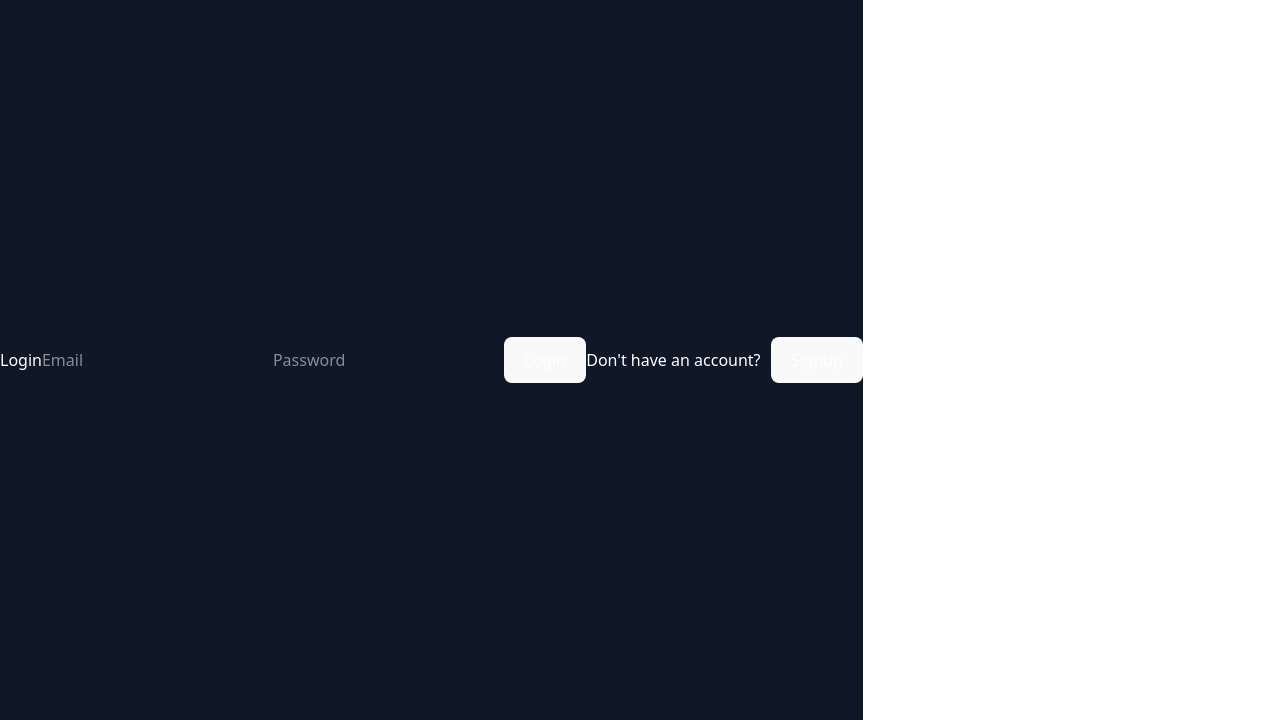
Repository: Reno-mathews/Study-Planner-MERN
Page: / (app in client/)
The author's editor kept a copy of each file at every save. The page is drawn from the files as they stood at one save, then again after the next save.
The browser window is 1280 px wide. The pictures show the whole page.
The project was rebuilt for these pictures with package versions that can differ from the ones it lists, and the page was loaded fresh each time. Also part of the build but not shown: client/vite.config.js.

Above is the page before, as saved 2026-01-16 09:48:04.

### client/src/App.jsx
import { useEffect, useState } from "react";

function App() {
  const [tasks, setTasks] = useState([]);
  const [newTask, setNewTask] = useState("");
  const [subject, setSubject] = useState("");
  const [filterSubject, setFilterSubject] = useState("All");

  const getToken = () => localStorage.getItem("token");
  const setToken = (token) => localStorage.setItem("token", token);
  const removeToken = () => localStorage.removeItem("token");

  const [email, setEmail] = useState("");
  const [password, setPassword] = useState("");
  const [isLoggedIn, setIsLoggedIn] = useState(!!localStorage.getItem("token"));

  const[isSignup, setIsSignup] = useState(false);

  useEffect(() => {
    if(isLoggedIn) {
    fetchTasks();
    }
  }, [isLoggedIn]);

  const fetchTasks = async () => {
    const token = localStorage.getItem("token");
    const res = await fetch("http://localhost:5000/api/tasks", {
      headers: {
        Authorization: `Bearer ${token}`,
      },
    });
    const data = await res.json();
    setTasks(data);
  };

  const addTask = async (e) => {
    e.preventDefault();

    if(!newTask || !subject) return;

    const token = localStorage.getItem("token");

    const res = await fetch("http://localhost:5000/api/tasks", {
      method: "POST",
      headers: {
        "Content-Type": "application/json",
        Authorization: `Bearer ${token}`,
      },
      body: JSON.stringify({ title: newTask, subject}),
    });

    const data = await res.json();
    setTasks([...tasks, data]);
    setNewTask("");
    setSubject("");
  };

    const toggleComplete = async (id) => {
      const token = localStorage.getItem("token");

      const res = await fetch(`http://localhost:5000/api/tasks/${id}`, {
        method:"PATCH",
        headers: {
          Authorization: `Bearer ${token}`,
        },
      });

      const updatedTask = await res.json();

      setTasks(
        tasks.map((task) =>
        task._id === id ? updatedTask : task
      )
      );
    };

    const deleteTask = async (id) => {
      const token = localStorage.getItem("token");
      await fetch(`http://localhost:5000/api/tasks/${id}`, {
        method: "DELETE",
        headers: {
          Authorization: `Bearer ${token}`,
        },
      });

      setTasks(tasks.filter((task) => task._id !== id));
    };

    const subjects = ["All", ...new Set(tasks.map((task) => task.subject))];

    const filteredTasks = tasks.filter((task) =>
    filterSubject === "All" ? true: task.subject === filterSubject
  );

      const login = async (e) => {
      e.preventDefault();
      const res = await fetch("http://localhost:5000/api/auth/login", {
        method: "POST",
        headers: {
          "Content-Type": "application/json",
        },
        body: JSON.stringify({ email, password }),
      });

      const data = await res.json();

      if(data.token) {
        localStorage.setItem("token", data.token);
        setIsLoggedIn(true);
        fetchTasks();
      } else {
        alert("Login failed");
      }
    };

    const signup = async (e) => {
      e.preventDefault();

      const res = await fetch("http://localhost:5000/api/auth/register", {
        method: "POST",
        headers: {
          "Content-Type" : "application/json",
        },
        body: JSON.stringify({ email, password }),
      });

      const data = await res.json();

      if (res.ok) {
        alert("Signup successful! You can now log in.");
        setIsSignup(false);
      } else {
        alert(data.message || "Signup failed");
      }
    };

  const completedCount = filteredTasks.filter((task) => task.completed).length;
  const totalCount = filteredTasks.length;

  const progress = totalCount === 0 ? 0 : Math.round((completedCount / totalCount) * 100);

    if (!isLoggedIn) {
      return (
        <div className="min-h-screen flex items-center justify-center bg-gray-900 text-white">
          <h2>{isSignup ? "Signup" : "Login" }</h2>

          <form onSubmit={isSignup ? signup : login}>
            <input
              type="email"
              placeholder="Email"
              value={email}
              onChange={(e) => setEmail(e.target.value)}
            />

            <input
              type="password"
              placeholder="Password"
              value={password}
              onChange={(e) => setPassword(e.target.value)}
            />

            <button type="submit">
              {isSignup ? "Signup" : "Login"}
            </button>
          </form>

          <p>
            {isSignup ? "Already have an account?" : " Don't have an account?"}
            <button
              onClick={() => setIsSignup(!isSignup)}
              style={{ marginLeft: "10px" }}
            >
              {isSignup ? "Login" : "Signup"}
            </button>
          </p>
        </div>
      );
    }

  return (
    <div>
      <h1>My Study Planner</h1>

      <select
        value={filterSubject}
        onChange={(e) => setFilterSubject(e.target.value)}
      >
        {subjects.map((subj, index) => (
          <option key={index} value={subj}>
            {subj}
          </option>
        ))}
      </select>

      <div style={{ margin: "20px 0"}}>
        <p>Progress: {progress}%</p>
        <div style={{ width: "100%", background: "#ddd", height: "20px", borderRadius: "10px"}}>
          <div
            style={{
                width: `${progress}%`,
                background: "green",
                height: "100%",
                borderRadius: "10px",
                transition: "width 0.3s ease",
            }}
        ></div>
        </div>
      </div>

      <form onSubmit={addTask}>
        <input
          type="text"
          placeholder="Enter task"
          value={newTask}
          onChange={(e) => setNewTask(e.target.value)}
        />

        <input
          type="text"
          placeholder="Enter subject"
          value={subject}
          onChange={(e) => setSubject(e.target.value)}
        />

        <button type="submit">Add</button>
      </form>

      <button onClick={() => {
        localStorage.removeItem("token");
        setIsLoggedIn(false);
      }}>
        Logout
      </button>

      {filteredTasks
        .filter((task) =>
          filterSubject === "All" ? true: task.subject === filterSubject
      )
      .map((task) =>(
        <div key={task._id}>
          <span
            style={{
              textDecoration: task.completed ? "line-through" : "none",
            }}
            >
            {task.title} - <strong>{task.subject}</strong>
            </span>

            <button onClick={() => toggleComplete(task._id)}>
              {task.completed ? "Undo" : "Complete"}
            </button>

            <button onClick={() => deleteTask(task._id)}>
              Delete
            </button>
        </div>
      ))}
    </div>
  );
}

export default App;

Loaded but not shown: client/index.html (common file); client/src/main.jsx (common file); client/src/index.css (common file)

After the next save:
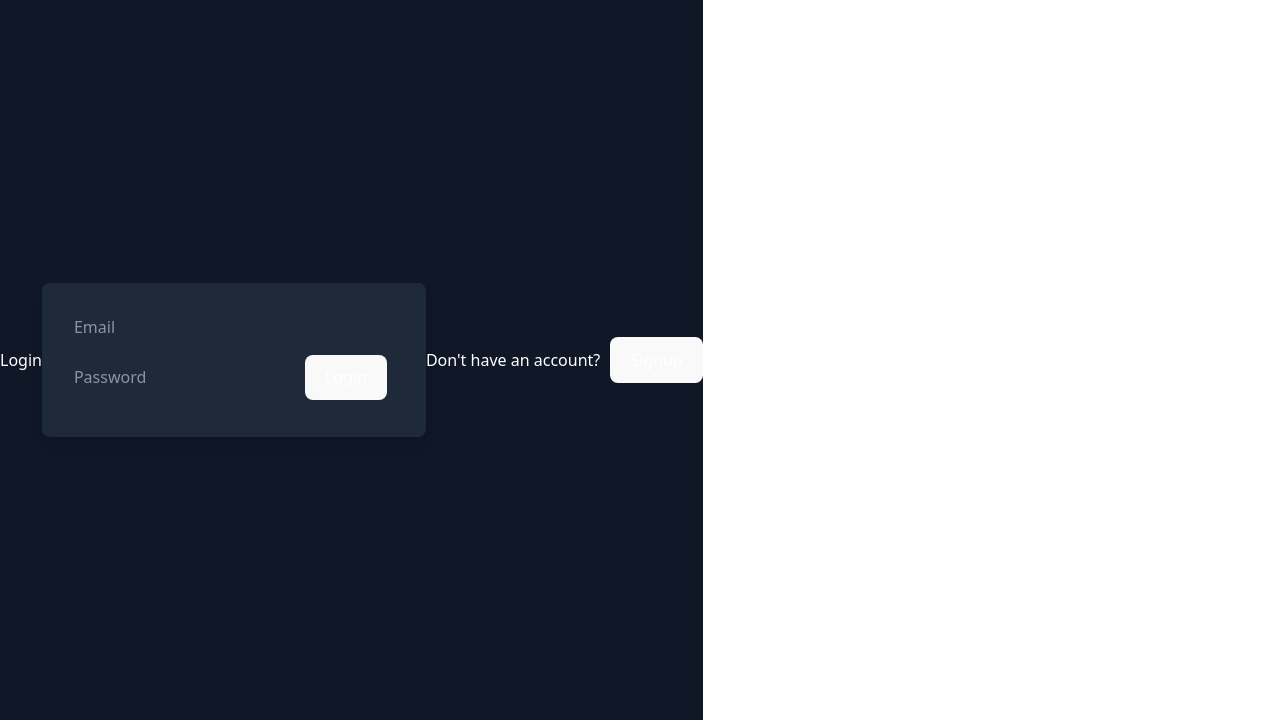
Saved 13 min 16 s later.
--- a/client/src/App.jsx
+++ b/client/src/App.jsx
@@ -144,7 +144,10 @@ function App() {
         <div className="min-h-screen flex items-center justify-center bg-gray-900 text-white">
           <h2>{isSignup ? "Signup" : "Login" }</h2>
 
-          <form onSubmit={isSignup ? signup : login}>
+          <form
+          onSubmit={isSignup ? signup : login}
+          className="bg-gray-800 p-8 rounded-lg shadow-lg w-96 space-y-4"
+          >
             <input
               type="email"
               placeholder="Email"
